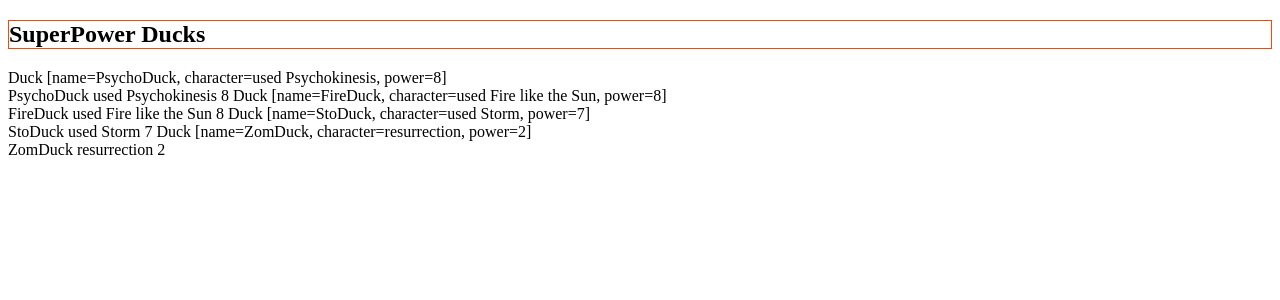
Repository: GTEM0/Acorn-classEdue2-java2-
Page: http://localhost/prj0831/duckList
The author's editor kept a copy of each file at every save. The page is drawn from the files as they stood at one save, then again after the next save.
The browser window is 1280 px wide. The pictures show the whole page.
The page is served by Tomcat 9. Other server files are loaded and not shown.

Above is the page before, as saved 2023-08-31 08:36:01.

### prj0831/src/main/webapp/WEB-INF/views/DuckList.jsp
<%@ page language="java" contentType="text/html; charset=UTF-8"
    pageEncoding="UTF-8"%>
<%@ page import="java.util.ArrayList" %>
<%@ page import="prj0831.Duck" %>
<!DOCTYPE html>
<html>
<head>
<meta charset="UTF-8">
<title>Insert title here</title>
<link href="./css/duck.css" rel="stylesheet" />
</head>
<body>

<h2>SuperPower Ducks</h2>


<%
ArrayList<Duck> list = (ArrayList<Duck>)request.getAttribute("list");

	for(Duck d : list){
		out.println(d + "<br>");
		out.println(d.getName());
		out.println(d.getCharacter());
		out.println(d.getPower());

	}
%>

</body>
</html>

### prj0831/src/main/java/prj0831/duckList.java
package prj0831;

import java.io.IOException;
import java.util.ArrayList;

import javax.servlet.ServletException;
import javax.servlet.annotation.WebServlet;
import javax.servlet.http.HttpServlet;
import javax.servlet.http.HttpServletRequest;
import javax.servlet.http.HttpServletResponse;

@WebServlet("/duckList")
public class duckList extends HttpServlet{

	@Override
	protected void doGet(HttpServletRequest request, HttpServletResponse response) throws ServletException, IOException {

				//Model 얻어오기
				//ServiceMVC5 s = new ServiceMVC5();
				//ArrayList<Member> list = s.getList();
				ServiceDuckList d = new ServiceDuckList();
				ArrayList<Duck> list = d.getList();

				//Model심기
				//request.setAttribute("list", list);
				//request.getRequestDispatcher("WEB-INF/views/acornlist.jsp").forward(request, response);
				request.setAttribute("list", list);
				request.getRequestDispatcher("WEB-INF/views/DuckList.jsp").forward(request, response);

	}


}

### prj0831/src/main/java/prj0831/ServiceDuckList.java
package prj0831;

import java.util.ArrayList;

public class ServiceDuckList {


	public ArrayList<Duck> getList(){

		ArrayList<Duck> list = new ArrayList<>();
		list.add(new Duck("PsychoDuck", "used Psychokinesis", "8"));
		list.add(new Duck("FireDuck", "used Fire like the Sun", "8"));
		list.add(new Duck("StoDuck", "used Storm", "7"));
		list.add(new Duck("ZomDuck", "resurrection", "2"));

		return list;
	}
}

### prj0831/src/main/java/prj0831/Duck.java
package prj0831;

public class Duck{

	String name;
	String character;
	String power;
	public String getName() {
		return name;
	}
	public void setName(String name) {
		this.name = name;
	}
	public String getCharacter() {
		return character;
	}
	public void setCharacter(String character) {
		this.character = character;
	}
	public String getPower() {
		return power;
	}
	public void setPower(String power) {
		this.power = power;
	}
	public Duck(String name, String character, String power) {
		super();
		this.name = name;
		this.character = character;
		this.power = power;
	}

	public Duck() {

	}
	@Override
	public String toString() {
		return "Duck [name=" + name + ", character=" + character + ", power=" + power + "]";
	}


}

### prj0831/src/main/webapp/css/duck.css
@charset "UTF-8";


h2{
	border: 1px solid orangered;
}

After the next save:
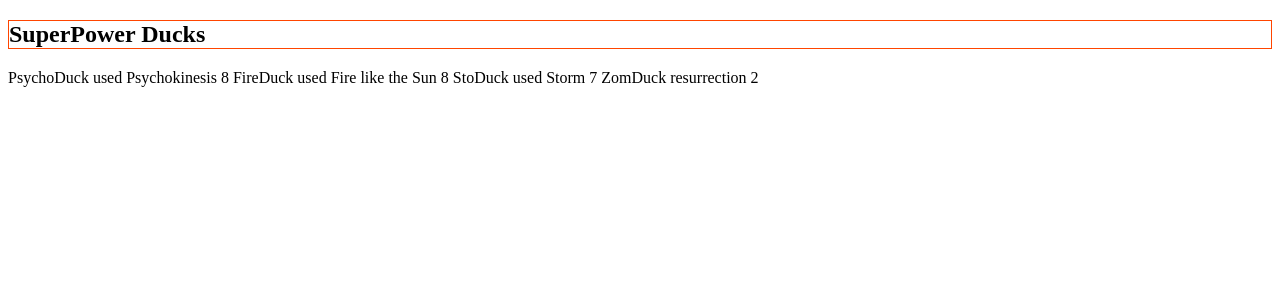
Saved 52 s later.
--- a/prj0831/src/main/webapp/WEB-INF/views/DuckList.jsp
+++ b/prj0831/src/main/webapp/WEB-INF/views/DuckList.jsp
@@ -18,7 +18,7 @@
 ArrayList<Duck> list = (ArrayList<Duck>)request.getAttribute("list");
 
 	for(Duck d : list){
-		out.println(d + "<br>");
+		//out.println(d + "<br>");
 		out.println(d.getName());
 		out.println(d.getCharacter());
 		out.println(d.getPower());

After the save that followed:
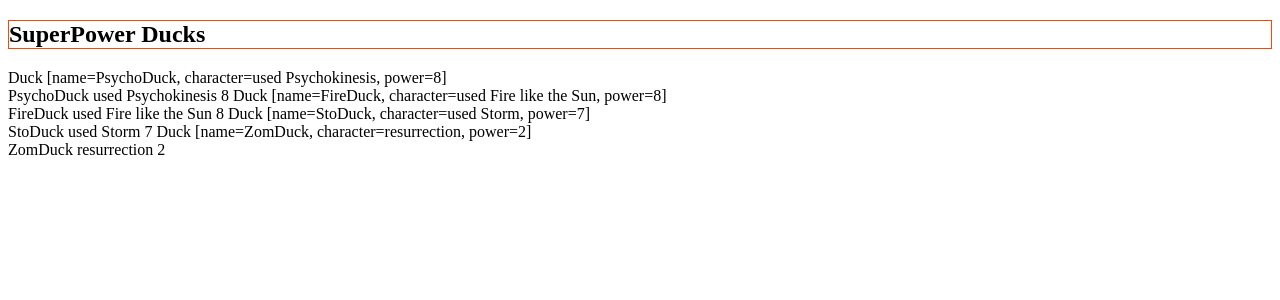
Saved 11 s later.
--- a/prj0831/src/main/webapp/WEB-INF/views/DuckList.jsp
+++ b/prj0831/src/main/webapp/WEB-INF/views/DuckList.jsp
@@ -18,7 +18,7 @@
 ArrayList<Duck> list = (ArrayList<Duck>)request.getAttribute("list");
 
 	for(Duck d : list){
-		//out.println(d + "<br>");
+		out.println(d + "<br>");
 		out.println(d.getName());
 		out.println(d.getCharacter());
 		out.println(d.getPower());
